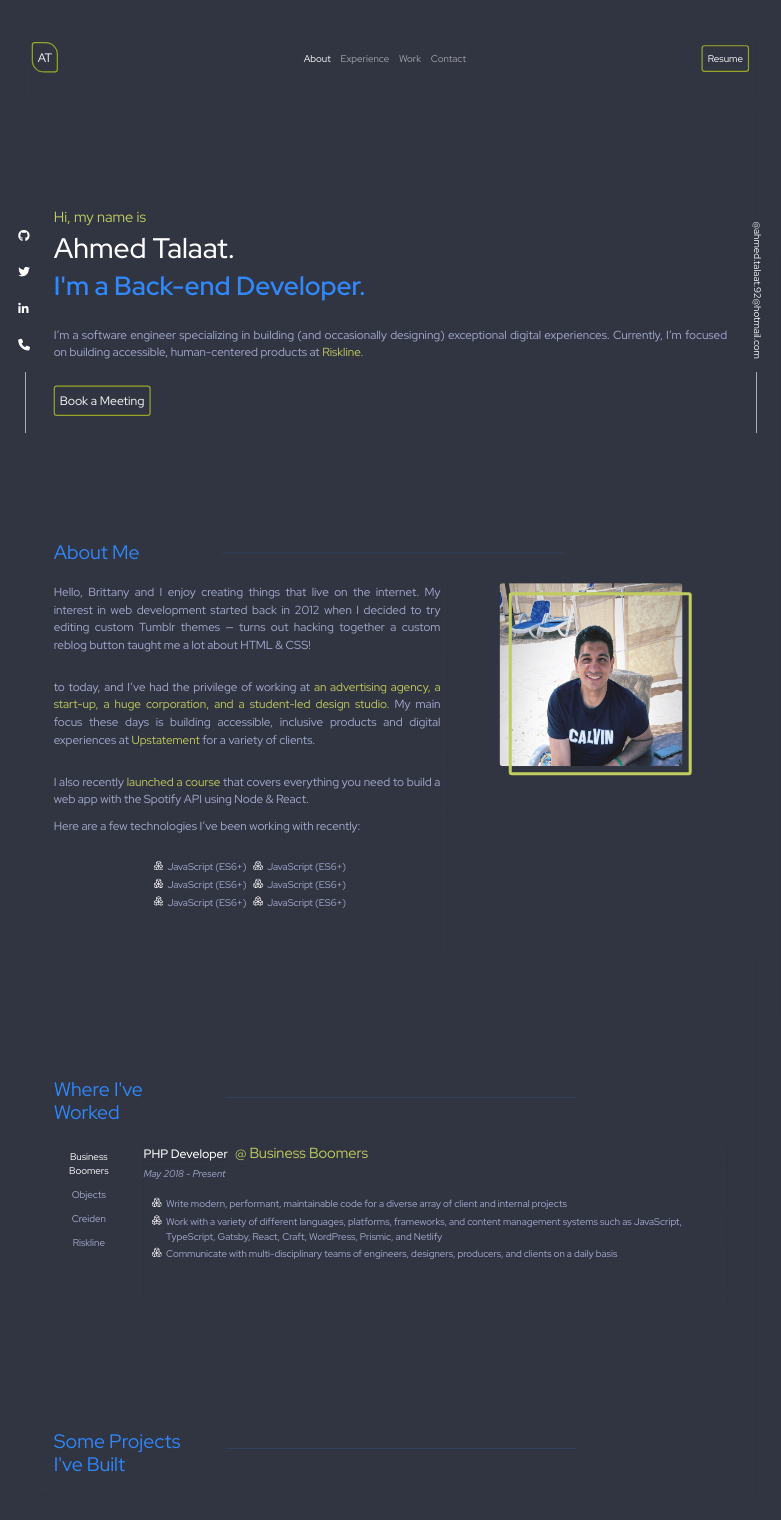
Repository: aya7abbal/Talaat-s-Portfolio
Page: index.html
These files come from the project's save history. The page is drawn as it stood at one moment and after the next save; the edit follows.
The browser window is 1280 px wide. The pictures show the whole page, at 61% of full size.
Some web libraries are served in a nearby version. The style sheet was rebuilt from its Sass, Less or Tailwind sources for each picture, by a compiler version that may differ from the author's.

Above is the page before, as saved 2022-02-07 16:08:05.

### index.html
<!DOCTYPE html>
<html lang="en">
  <head>
    <!-- Required meta tags -->
    <meta charset="utf-8" />
    <meta name="viewport" content="width=device-width, initial-scale=1" />

    <!-- Bootstrap CSS -->
    <link
      href="https://cdn.jsdelivr.net/npm/bootstrap@5.0.2/dist/css/bootstrap.min.css"
      rel="stylesheet"
      integrity="sha384-EVSTQN3/azprG1Anm3QDgpJLIm9Nao0Yz1ztcQTwFspd3yD65VohhpuuCOmLASjC"
      crossorigin="anonymous"
    />

    <!-- Favicon -->
    <link
      rel="shortcut icon"
      type="image/x-icon"
      href="./images/favicon/favicon.ico"
    />

    <!-- Font Awesome -->
    <script
      src="https://kit.fontawesome.com/fd7fa2f891.js"
      crossorigin="anonymous"
    ></script>

    <!-- Bootstrap Icons -->
    <link
      rel="stylesheet"
      href="https://cdn.jsdelivr.net/npm/bootstrap-icons@1.8.0/font/bootstrap-icons.css"
    />

    <!-- Main Stylesheet -->
    <link rel="stylesheet" href="./styles/styles.css" />

    <title>Ahmed's Portfolio</title>
  </head>
  <body>
    <!-- Navbar -->
    <nav class="navbar navbar-expand-md navbar-dark py-3">
      <div class="container-fluid d-flex justify-content-between">
        <div class="navbar-logo">
          <a class="navbar-brand navbar-border navbar-content__hidden" href="#"
            >AT</a
          >
        </div>

        <!-- Offcanvas  Hidden MENU -->
        <div class="offcanvas-menu">
          <button
            class="btn navbar-content__hidden rotating-icon"
            type="button"
            data-bs-toggle="offcanvas"
            data-bs-target="#offcanvasRight"
            aria-controls="offcanvasRight"
          >
            <i class="bi bi-x-diamond fs-2 text-white"></i>
          </button>
          <div
            class="offcanvas offcanvas-end"
            tabindex="-1"
            id="offcanvasRight"
            aria-labelledby="offcanvasRightLabel"
          >
            <div class="offcanvas-header">
              <h5 id="offcanvasRightLabel"></h5>
              <button
                type="button"
                class="btn text-reset"
                data-bs-dismiss="offcanvas"
                aria-label="Close"
              >
                <i class="bi bi-x-diamond fs-2 text-white rotated-icon"></i>
              </button>
            </div>
            <div class="offcanvas-body">
              <ul class="navbar-nav text-center">
                <li class="nav-item">
                  <a class="nav-link active" aria-current="page" href="#"
                    >About</a
                  >
                </li>
                <li class="nav-item">
                  <a class="nav-link" href="#">Experience</a>
                </li>
                <li class="nav-item">
                  <a class="nav-link" href="#">Work</a>
                </li>
                <li class="nav-item">
                  <a class="nav-link" href="#">Contact</a>
                </li>
                <li>
                  <a
                    class="btn btn-green my-4"
                    href="./Ahmed Talaat.pdf"
                    download
                  >
                    Resume</a
                  >
                </li>
              </ul>
            </div>
          </div>
        </div>

        <!-- NAVBAR Collapsable -->
        <div
          class="collapse navbar-collapse justify-content-between align-items-baseline"
          id="navbarNav"
        >
          <a class="navbar-brand navbar-border" href="#">AT</a>

          <ul class="navbar-nav">
            <li class="nav-item">
              <a class="nav-link active" aria-current="page" href="#">About</a>
            </li>
            <li class="nav-item">
              <a class="nav-link" href="#">Experience</a>
            </li>
            <li class="nav-item">
              <a class="nav-link" href="#">Work</a>
            </li>
            <li class="nav-item">
              <a class="nav-link" href="#">Contact</a>
            </li>
          </ul>

          <a
            class="btn btn-green"
            href="./Ahmed Talaat.pdf"
            download
          >Resume</a >
        </div>
      </div>
    </nav>
    <div class="body-wrapper">
      <!-- Introduction -->
      <div class="intro px-5">
        <h6>Hi, my name is</h6>

        <br />

        <h2>Ahmed Talaat.</h2>
        <h3 class="pb-2">I'm a Back-end Developer.</h3>

        <br />

        <p>
          I’m a software engineer specializing in building (and occasionally
          designing) exceptional digital experiences. Currently, I’m focused on
          building accessible, human-centered products at
          <a href="#">Riskline.</a>
        </p>

        <br />

        <a class=" btn btn-green btn-lg" href="https://calendly.com/atalaat-92/short-discussion?month=2022-02" target="_blank"> Book a Meeting</a>
      </div>

      <!-- About -->

      <div class="about px-5 row">
        <div class="section-header row">
          <div class="col-md-4 col-lg-3 col-5">
            <h4 class="py-4">About Me</h4>
          </div>
          <div class="col-md-8 col-lg-9 col-7">
            <hr />
          </div>
        </div>

        <!-- About Paragraph -->
        <div class="col-12 col-lg-7">
          <p>
            Hello, Brittany and I enjoy creating things that live on the
            internet. My interest in web development started back in 2012 when I
            decided to try editing custom Tumblr themes — turns out hacking
            together a custom reblog button taught me a lot about HTML & CSS!
          </p>
          <br />

          <p>
            to today, and I’ve had the privilege of working at
            <a href=""
              >an advertising agency, a start-up, a huge corporation, and a
              student-led design studio.</a
            >
            My main focus these days is building accessible, inclusive products
            and digital experiences at <a href="">Upstatement</a> for a variety
            of clients.
          </p>

          <br />
          <p>
            I also recently <a href="">launched a course</a> that covers
            everything you need to build a web app with the Spotify API using
            Node & React.
          </p>

          <p>Here are a few technologies I’ve been working with recently:</p>

          <div class="iconed-list d-flex justify-content-center">
            <ul class="row">
              <div class="col-6">
                <li>JavaScript (ES6+)</li>
                <li>JavaScript (ES6+)</li>
                <li>JavaScript (ES6+)</li>
              </div>

              <div class="col-6">
                <li>JavaScript (ES6+)</li>
                <li>JavaScript (ES6+)</li>
                <li>JavaScript (ES6+)</li>
              </div>
            </ul>
          </div>
        </div>

        <div class="col-12 col-lg-5 d-flex justify-content-center pb-5">
          <!-- About Image -->
          <div class="about-img">
           <div> <img
            src="./images/B903239F-D317-4387-9DFC-7195C9C90247_1_105_c.jpeg"
            alt=""
            width="300px"
            height="300px"
          /></div>
            <div class="about-img__border"></div>
          </div>
        </div>
      </div>

      <!-- Work -->

      <div class="work px-5">
        <div class="section-header row">
          <div class="col-md-4 col-lg-3 col-7">
            <h4 class="py-4">Where I've Worked</h4>
          </div>
          <div class="col-md-8 col-lg-9 col-5">
            <hr />
          </div>
        </div>
        <div>
          <!-- Nav tabs -->
          <div class="d-flex flex-md-row flex-column align-items-start">
            <div
              class="nav flex-md-column nav-pills me-3 mb-4 pe-md-3 nav-tabs"
              id="v-pills-tab"
              role="tablist"
              aria-orientation="vertical"
            >
              <button
                class="nav-link active"
                id="v-pills-home-tab"
                data-bs-toggle="pill"
                data-bs-target="#v-pills-home"
                type="button"
                role="tab"
                aria-controls="v-pills-home"
                aria-selected="true"
              >
                Business Boomers
              </button>
              <button
                class="nav-link"
                id="v-pills-profile-tab"
                data-bs-toggle="pill"
                data-bs-target="#v-pills-profile"
                type="button"
                role="tab"
                aria-controls="v-pills-profile"
                aria-selected="false"
              >
                Objects
              </button>
              <button
                class="nav-link"
                id="v-pills-messages-tab"
                data-bs-toggle="pill"
                data-bs-target="#v-pills-messages"
                type="button"
                role="tab"
                aria-controls="v-pills-messages"
                aria-selected="false"
              >
                Creiden
              </button>
              <button
                class="nav-link"
                id="v-pills-settings-tab"
                data-bs-toggle="pill"
                data-bs-target="#v-pills-settings"
                type="button"
                role="tab"
                aria-controls="v-pills-settings"
                aria-selected="false"
              >
                Riskline
              </button>
            </div>
            <div class="tab-content" id="v-pills-tabContent">
              <div
                class="tab-pane fade show active"
                id="v-pills-home"
                role="tabpanel"
                aria-labelledby="v-pills-home-tab"
              >
                <div class="work-title">
                  <h5 class="pe-2">PHP Developer</h5>
                  <h6>@ Business Boomers</h6>
                </div>
                <div class="work-date">
                  <i>May 2018 - Present </i>

                  <ul class="iconed-list">
                    <li>
                      Write modern, performant, maintainable code for a diverse
                      array of client and internal projects
                    </li>
                    <li>
                      Work with a variety of different languages, platforms,
                      frameworks, and content management systems such as
                      JavaScript, TypeScript, Gatsby, React, Craft, WordPress,
                      Prismic, and Netlify
                    </li>
                    <li>
                      Communicate with multi-disciplinary teams of engineers,
                      designers, producers, and clients on a daily basis
                    </li>
                  </ul>
                </div>
              </div>

              <div
                class="tab-pane fade"
                id="v-pills-profile"
                role="tabpanel"
                aria-labelledby="v-pills-profile-tab"
              >
                <div class="work-title">
                  <h5 class="pe-2">Back-end Developer</h5>
                  <h6>@ Objects</h6>
                </div>
                <div class="work-date">
                  <i>May 2018 - Present </i>

                  <ul class="iconed-list">
                    <li>
                      Write modern, performant, maintainable code for a diverse
                      array of client and internal projects
                    </li>
                    <li>
                      Work with a variety of different languages, platforms,
                      frameworks, and content management systems such as
                      JavaScript, TypeScript, Gatsby, React, Craft, WordPress,
                      Prismic, and Netlify
                    </li>
                    <li>
                      Communicate with multi-disciplinary teams of engineers,
                      designers, producers, and clients on a daily basis
                    </li>
                  </ul>
                </div>
              </div>

              <div
                class="tab-pane fade"
                id="v-pills-messages"
                role="tabpanel"
                aria-labelledby="v-pills-messages-tab"
              >
                <div class="work-title">
                  <h5 class="pe-2">Back-end Developer</h5>
                  <h6>@ Creiden</h6>
                </div>
                <div class="work-date">
                  <i>May 2018 - Present </i>

                  <ul class="iconed-list">
                    <li>
                      Write modern, performant, maintainable code for a diverse
                      array of client and internal projects
                    </li>
                    <li>
                      Work with a variety of different languages, platforms,
                      frameworks, and content management systems such as
                      JavaScript, TypeScript, Gatsby, React, Craft, WordPress,
                      Prismic, and Netlify
                    </li>
                    <li>
                      Communicate with multi-disciplinary teams of engineers,
                      designers, producers, and clients on a daily basis
                    </li>
                  </ul>
                </div>
              </div>

              <div
                class="tab-pane fade"
                id="v-pills-settings"
                role="tabpanel"
                aria-labelledby="v-pills-settings-tab"
              >
                <div class="work-title">
                  <h5 class="pe-2">Project Manager</h5>
                  <h6>@ Riskline</h6>
                </div>
                <div class="work-date">
                  <i>May 2018 - Present </i>

                  <ul class="iconed-list">
                    <li>
                      Write modern, performant, maintainable code for a diverse
                      array of client and internal projects
                    </li>
                    <li>
                      Work with a variety of different languages, platforms,
                      frameworks, and content management systems such as
                      JavaScript, TypeScript, Gatsby, React, Craft, WordPress,
                      Prismic, and Netlify
                    </li>
                    <li>
                      Communicate with multi-disciplinary teams of engineers,
                      designers, producers, and clients on a daily basis
                    </li>
                  </ul>
                </div>
              </div>
            </div>
          </div>
        </div>
      </div>

      <!-- Projects -->

      <div class="projects px-5">
        <div class="section-header row">
          <div class="col-md-4 col-lg-3 col-7">
            <h4 class="py-4">Some Projects I've Built</h4>
          </div>
          <div class="col-md-8 col-lg-9 col-5">
            <hr />
          </div>
        </div>
      </div>



    </div>


    <!-- Footer -->
    <footer>
      <div class="footer-left">
        <div class="footer-left__link">
          <i class="fab fa-github"><a href="#"></a></i>
        </div>
        <div class="footer-left__link">
          <i class="fab fa-twitter"><a href=""></a></i>
        </div>
        <div class="footer-left__link">
          <i class="fab fa-linkedin-in"><a href=""></a></i>
        </div>
        <div class="footer-left__link">
          <i class="fas fa-phone"><a href=""></a></i>
        </div>
        <div class="footer-left__link line"></div>
      </div>



      <div class="footer-right">
        <div class="footer-right__link">
          <a href="">@ahmed.talaat.92@hotmail.com</a>

        <div class="footer-right__link line"></div>
      </div>
    </footer>

    <!-- Bootstrap Bundle with Popper -->
    <script
      src="https://cdn.jsdelivr.net/npm/bootstrap@5.0.2/dist/js/bootstrap.bundle.min.js"
      integrity="sha384-MrcW6ZMFYlzcLA8Nl+NtUVF0sA7MsXsP1UyJoMp4YLEuNSfAP+JcXn/tWtIaxVXM"
      crossorigin="anonymous"
    ></script>
    <script type="module" src="./scripts/script.js"></script>
  </body>
</html>

### scripts/script.js
// const rotatingIcon = document.querySelector(".rotating-icon")
// const rotatedIcon = document.querySelector(".rotated-icon")


// rotatingIcon.addEventListener('click',function(event) {
// console.log(event)
//     rotatingIcon.style.display="hidden"
// })

### styles/styles.scss

// Fonts
@import url('https://fonts.googleapis.com/css2?family=Dosis:wght@200;300;400;500;600&family=Red+Hat+Display:ital,wght@0,300;0,400;0,500;0,600;0,700;0,900;1,300;1,400;1,500;1,600&family=Satisfy&display=swap');
// Partials
@import "./components/navbar";
@import"./components/footer";
@import "./variables/colors";
@import "./components/buttons";
@import "./variables/fonts";
@import "./components/pages";
@import "./variables/images";




// font-family: 'Dosis', sans-serif;
// font-family: 'Red Hat Display', sans-serif;
// font-family: 'Satisfy', cursive;

*{
font-family: 'Red Hat Display', sans-serif;
background-color: var(--navy);

}

body{
    margin: 0%;
    max-width: 100%;
    overflow-x: hidden;
    background-color: var(--navy);

    @media (min-width:768px) {
        padding: 40px;
    }
}

### styles/components/_navbar.scss
.navbar-content__hidden{
    display: none;
    @media (max-width:768px) {
        display: inline-block;
    }
}

.navbar-brand{
    border: solid 2px var(--green);
    border-radius: 5px 20px;
    padding: 8px;

    &:hover{
        background-color: var(--green);
    }
}

### styles/components/_footer.scss
footer {

    @media (max-width:768px) {
display: none;
    }

  .footer-left {
    position: fixed;
    bottom: 10px;
    left: 20px;
    i {
      font-size: 1.2em;
      color: white;
      margin: 20px 10px;
      &:hover{
          color: greenyellow;
          transform: translateY(-3px);
      }
    }

    .line {
      border-right: 1px solid white;
      padding: 20px;
      height: 100px;
      background-color: transparent;
      transform: translatex(-19px);
      margin-top: 15px;
    }
  }


  .footer-right {
    position: fixed;
    bottom: 10px;
    right: 20px;
    i{
      font-size: 1.2em;
      color: white;
      margin: 15px 10px;
      &:hover{
          color: greenyellow;
          transform: translateY(-3px);
      }


    }

    a{
        writing-mode: vertical-rl;
        transform: translatex(10px);
        color: white;
        font-size: 1em;
        &:hover{
            color: greenyellow;
            text-decoration: none;
        }
    }

    .line {
      border-right: 1px solid white;
      padding: 20px;
      height: 100px;
      background-color: transparent;
      transform: translatex(-19px);
      margin-top: 15px;
    }
  }
}

### styles/variables/_colors.scss
:root{
    --navy:#313441;
    --lgreen:#c1ce5e;
    --grey:#A4A6BF;
    --bblue:hsl(220, 47%, 62%);
    --green:#97A629;
    --lgreeno:#c1ce5e11;
    --lgrey:#bbc1dd;
    --mdgrey:#a4acd1;
    --blue:#3188fa;

}

### styles/components/_buttons.scss
.btn-green {
  border: 2px solid var(--green);
  padding: 8px;
  color:white;
  border-radius: 5px;

  &:hover {
    color: rgb(197, 197, 197);
    background-color: var(--lgreeno);
  }
}

.btn-blue{
    border: 2px solid var(--blue);
    padding: 8px;
    color:white;
    border-radius: 5px;

    &:hover {
      color: rgb(197, 197, 197);
      background-color: var(--bblue);
    }
}

.rotating-icon, .rotated-icon {
  transform: rotate(45deg) !important;
  z-index: 100;

  &:hover {
    transform: rotate(90deg) !important;
    transition: 0.6s;


  }
  &:active &:focus {
    transform: rotate(90deg) !important;
  }
}

### styles/variables/_fonts.scss



h2 {
  color: white;
  font-size: 2.3em;

  @media (min-width: 768px) {
    font-size: 2.9em;
  }
}

h3 {
  color: var(--blue);
  font-weight: 600;
  font-size: 2.2em;

  @media (min-width: 768px) {
    font-size: 2.7em;
  }
}

h4 {
  color: var(--blue);
  font-weight: 400;
  font-size: 1.5em;
  background-color: var(--navy);

  @media (min-width: 768px) {
    font-size: 2em;
  }
}

h5{
  color: white;
  display: inline-block;
}

h6 {
  font-size: 1.2em;
  color: var(--lgreen);
  font-weight: 400;
  display: inline-block;

  @media (min-width: 768px) {
    font-size: 1.5em;
  }
}

a {
  color: var(--lgreen);
  text-decoration: none;

  &:hover {
    color: var(--green);
    text-decoration: underline;
  }
}

ul{

    padding-top:20px;
    padding-bottom: 50px;
}
.iconed-list li{
    list-style-image:url(../svg/list.svg);
    color: var(--mdgrey);

    padding:10px 10px 0px 10px;
    margin: 5px;
    width: fit-content;
    padding: 0%;
}

p {
  font-size: 1.2em;
  color: var(--mdgrey);
  font-weight: 400;
  text-align: justify;

  @media (min-width: 768px) {
    font-size: 1.2em;
  }
}

i{
  color: var(--mdgrey);
}

.nav-tabs .nav-link{

  color: var(--mdgrey);
  background-color: transparent !important;
  // text-decoration: underline;
  text-decoration-color: var(--mdgrey);

  &:focus{
    background-color: transparent !important;
    color: var(--lgreen);
    border-bottom-color: var(--lgreen);

  }

  &:active{
    background-color: transparent !important;
    color: var(--lgreen);


  }



}

### styles/components/_pages.scss

// INTRODUCTION
.intro{
    padding-top: 160px;
}

// ABOUT


.section-header{
    padding-top:180px ;
    hr{
        position: relative;
        top:30%;
        color: var(--blue);
        width: 70%;
    }
}

#v-pills-tab{
    border: none;
}

### styles/variables/_images.scss
.about-img {
  height: fit-content;
  position: relative;
  display: flex;
  flex-direction: column;
  justify-content: center;


  img {
    // filter: invert(25%) sepia(77%) saturate(2565%) hue-rotate(200deg)
      // brightness(103%) contrast(96%) opacity(90%);
    border-radius: 5px;
    filter: grayscale(10%);
  }
  &:hover {
    img {
      filter: none;
    }
    .about-img__border{
        transform: translate(0px, 0px);
        transition: .1s;


    }
  }

  .about-img__border {
    position: absolute;
    border: 5px solid var(--lgreen);
    border-radius: 5px;
    width: 300px;
    height: 300px;
    transform: translate(15px, 15px);
    background-color: transparent;
  }
}

After the next save:
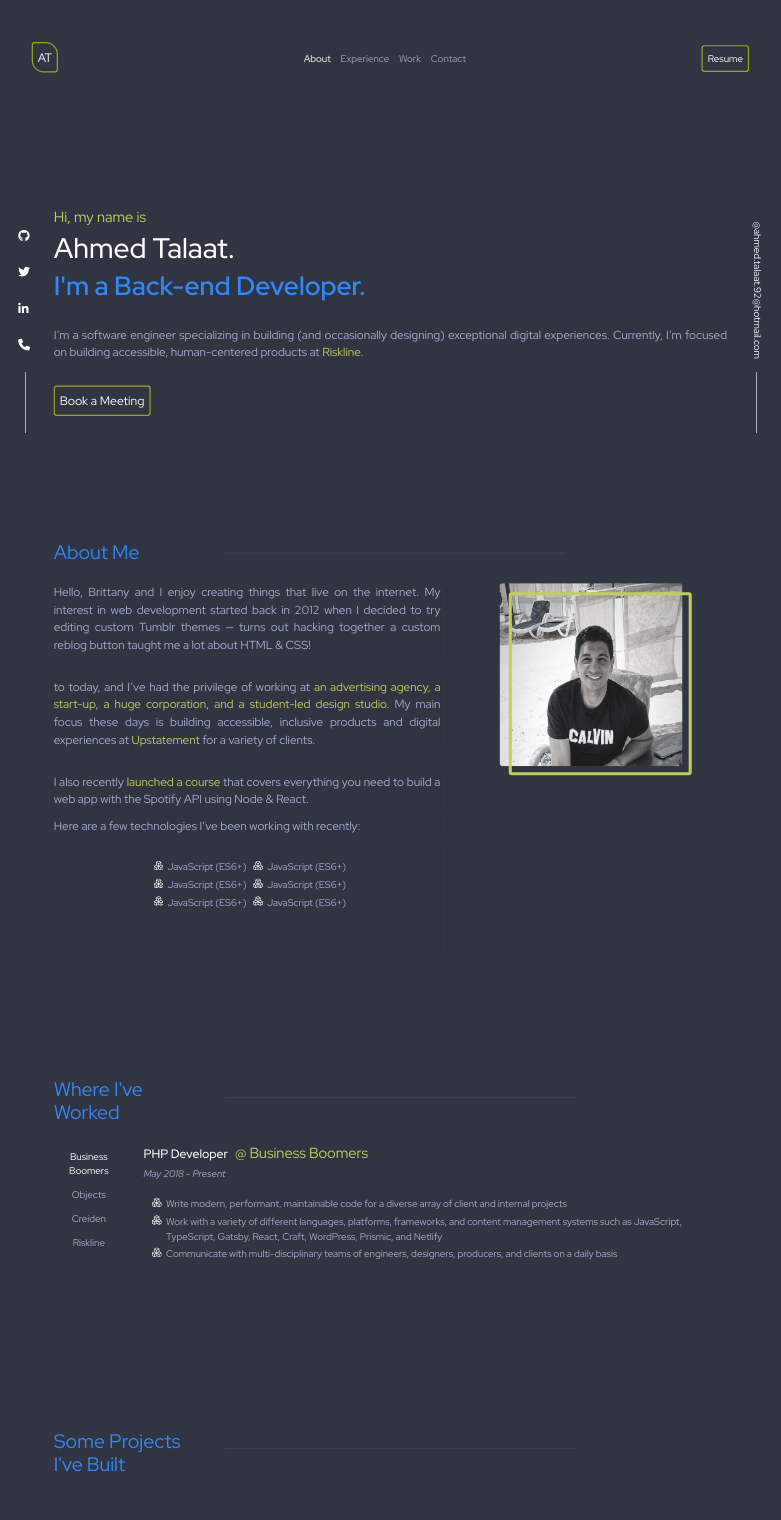
Saved 14 s later.
--- a/styles/variables/_images.scss
+++ b/styles/variables/_images.scss
@@ -10,7 +10,7 @@
     // filter: invert(25%) sepia(77%) saturate(2565%) hue-rotate(200deg)
       // brightness(103%) contrast(96%) opacity(90%);
     border-radius: 5px;
-    filter: grayscale(10%);
+    filter: grayscale(90%);
   }
   &:hover {
     img {
